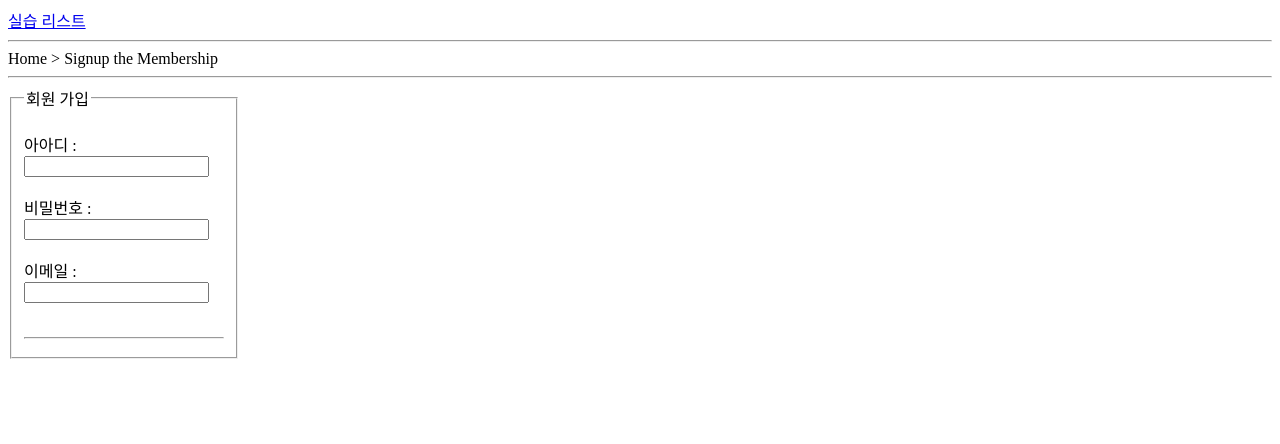
Repository: dhc518/WebProgramming_2023
Page: http://localhost/JSPStudy/ch11/signup.jsp
An editor plug-in stored every save of this project. The page is shown before and after the next save, followed by the edit.
The browser window is 1280 px wide. The pictures show the whole page.
The page is served by Tomcat 9.

Above is the page before, as saved 2023-05-19 05:09:11.

After the next save:
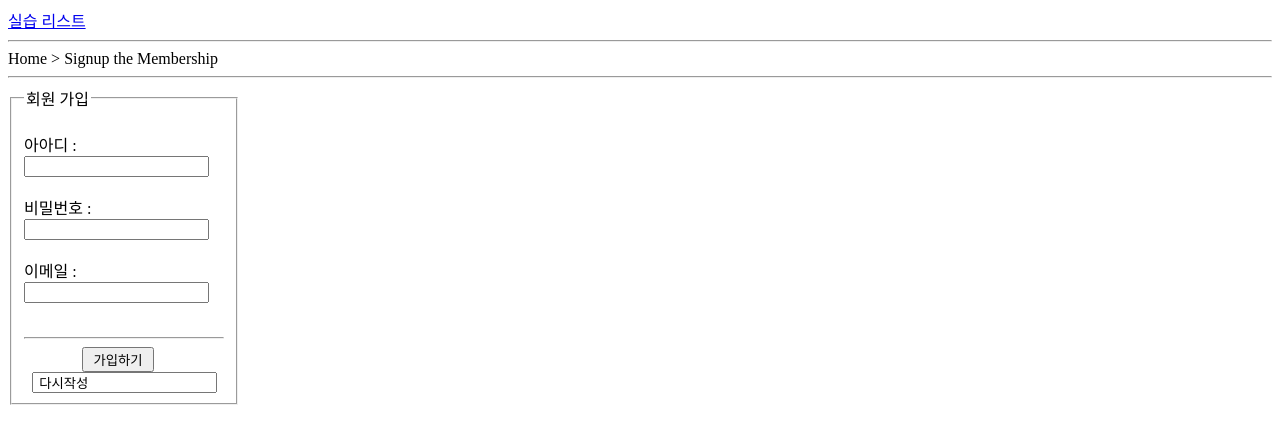
Saved 2 min 27 s later.
--- a/Project/JSPStudy/src/main/webapp/ch11/signup.jsp
+++ b/Project/JSPStudy/src/main/webapp/ch11/signup.jsp
@@ -26,8 +26,11 @@
 			<input type="mail" name="userMAIL"><br><br>
 			<hr>
 
-		<div align="</div>
+		<div align="center">
+			<input type="submit" value=" 가입하기 "> &nbsp;&nbsp;
+			<input type="result" value=" 다시작성"
+		</div><br>
+		</fieldset>
 	</form>
-
 </body>
 </html>
